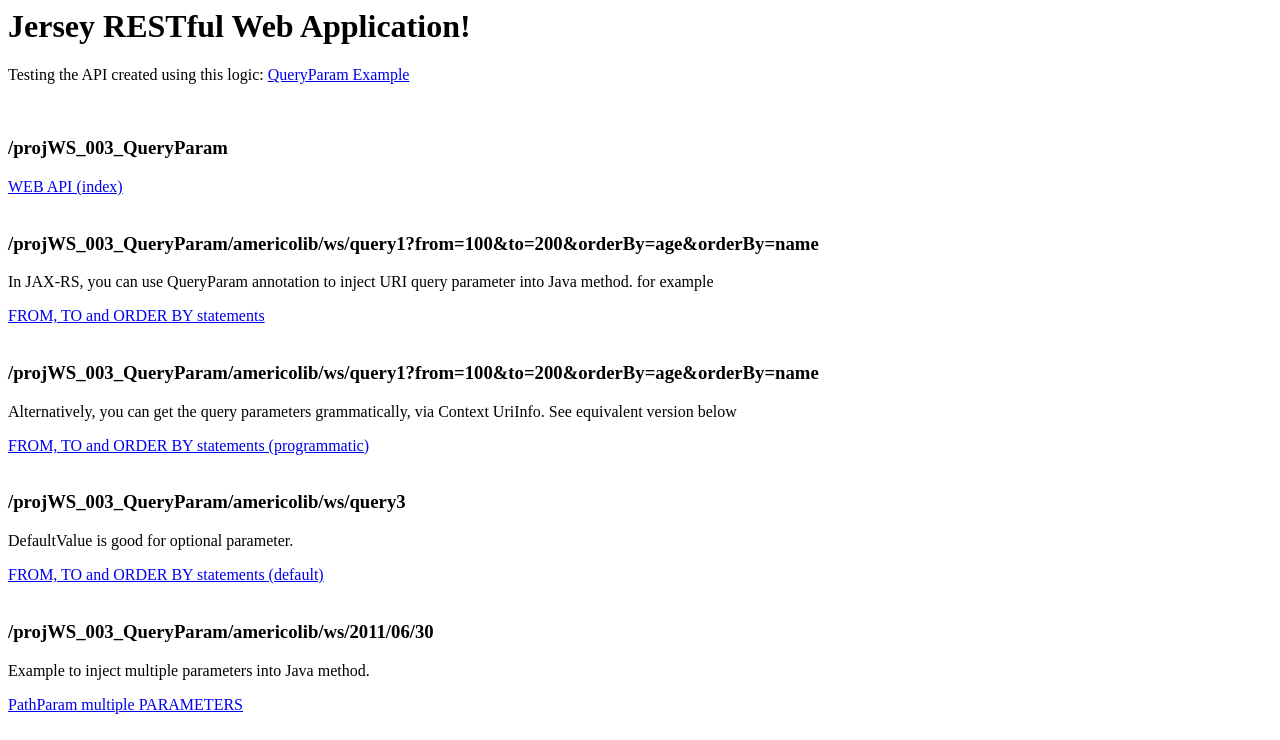
Repository: atafs/BackEnd_JAX-RS_REST_2continue
Page: http://localhost/projWS_003_QueryParam/
An editor plug-in stored every save of this project. The page is shown before and after the next save, followed by the edit.
The browser window is 1280 px wide. The pictures show the whole page.
The page is served by Tomcat 9. Other server files are loaded and not shown.

Above is the page before, as saved 2016-05-02 10:29:00.

### projWS_003_QueryParam/src/main/webapp/index.jsp
<html>
<body>
    <!-- TITLE -->
	<h1>Jersey RESTful Web Application!</h1>


	<!-- TXT -->
	<p>Testing the API created using this logic: <a href="http://www.mkyong.com/webservices/jax-rs/jax-rs-queryparam-example/">QueryParam Example</a></p><br/>

	<!-- LINKS -->
	<h3>/projWS_003_QueryParam</h3>
	<a href="http://localhost:8085/projWS_003_QueryParam/">WEB API (index)</a><br/><br/>

	<h3>/projWS_003_QueryParam/americolib/ws/query1?from=100&to=200&orderBy=age&orderBy=name</h3>
	<p>In JAX-RS, you can use QueryParam annotation to inject URI query parameter into Java method. for example</p>
	<a href="http://localhost:8085/projWS_003_QueryParam/americolib/ws/query1?from=100&to=200&orderBy=age&orderBy=name">FROM, TO and ORDER BY statements</a><br/><br/>

	<h3>/projWS_003_QueryParam/americolib/ws/query1?from=100&to=200&orderBy=age&orderBy=name</h3>
	<p>Alternatively, you can get the query parameters grammatically, via Context UriInfo. See equivalent version below</p>
	<a href="http://localhost:8085/projWS_003_QueryParam/americolib/ws/query2?from=100&to=200&orderBy=age&orderBy=name">FROM, TO and ORDER BY statements (programmatic)</a><br/><br/>

	<h3>/projWS_003_QueryParam/americolib/ws/query3</h3>
	<p>DefaultValue is good for optional parameter.</p>
	<a href="http://localhost:8085/projWS_003_QueryParam/americolib/ws/query3">FROM, TO and ORDER BY statements (default)</a><br/><br/>

	<h3>/projWS_003_QueryParam/americolib/ws/2011/06/30</h3>
	<p>Example to inject multiple parameters into Java method.</p>
	<a href="http://localhost:8085/projWS_003_QueryParam/americolib/ws/2011/06/30">PathParam multiple PARAMETERS</a><br/><br/>




</body>
</html>

After the next save:
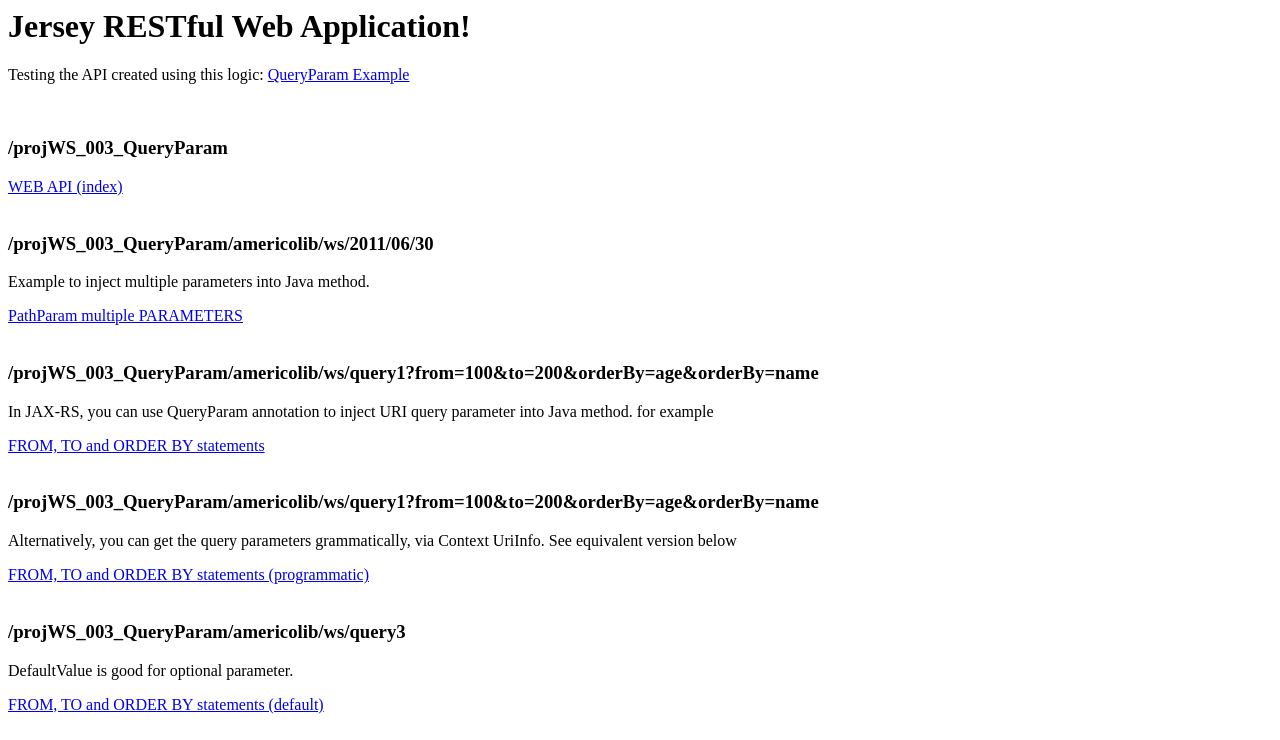
Saved 16 s later.
--- a/projWS_003_QueryParam/src/main/webapp/index.jsp
+++ b/projWS_003_QueryParam/src/main/webapp/index.jsp
@@ -11,6 +11,11 @@
 	<h3>/projWS_003_QueryParam</h3>
 	<a href="http://localhost:8085/projWS_003_QueryParam/">WEB API (index)</a><br/><br/>
 
+	<h3>/projWS_003_QueryParam/americolib/ws/2011/06/30</h3>
+	<p>Example to inject multiple parameters into Java method.</p>
+	<a href="http://localhost:8085/projWS_003_QueryParam/americolib/ws/2011/06/30">PathParam multiple PARAMETERS</a><br/><br/>
+
+
 	<h3>/projWS_003_QueryParam/americolib/ws/query1?from=100&to=200&orderBy=age&orderBy=name</h3>
 	<p>In JAX-RS, you can use QueryParam annotation to inject URI query parameter into Java method. for example</p>
 	<a href="http://localhost:8085/projWS_003_QueryParam/americolib/ws/query1?from=100&to=200&orderBy=age&orderBy=name">FROM, TO and ORDER BY statements</a><br/><br/>
@@ -23,9 +28,6 @@
 	<p>DefaultValue is good for optional parameter.</p>
 	<a href="http://localhost:8085/projWS_003_QueryParam/americolib/ws/query3">FROM, TO and ORDER BY statements (default)</a><br/><br/>
 
-	<h3>/projWS_003_QueryParam/americolib/ws/2011/06/30</h3>
-	<p>Example to inject multiple parameters into Java method.</p>
-	<a href="http://localhost:8085/projWS_003_QueryParam/americolib/ws/2011/06/30">PathParam multiple PARAMETERS</a><br/><br/>
 
 
 
